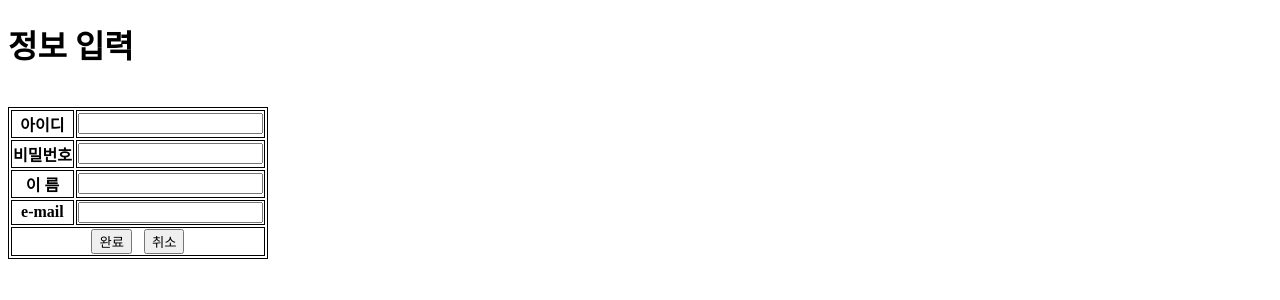
Repository: Jh1227/JSP
Page: http://localhost/12_EL/ex02_param/memberForm.jsp
These files come from the project's save history. The page is drawn as it stood at one moment and after the next save; the edit follows.
The browser window is 1280 px wide. The pictures show the whole page.
The page is served by Tomcat 9. Other server files are loaded and not shown.

Above is the page before, as saved 2023-04-10 02:26:56.

### 12_EL/src/main/webapp/ex02_param/memberForm.jsp

<!-- ex02_param/memberForm.jsp -->

<%@ page language="java" contentType="text/html; charset=UTF-8"
    pageEncoding="UTF-8"%>
<!DOCTYPE html>
<html>
<head>
<meta charset="UTF-8">
<title>memberForm.jsp</title>
<!--
	# MemberBean 의 정보(id, pw, 이름, e-mail)을 입력받은 결과를 'memberPro.jsp' 확인하는 페이지를 구현하세요
-->
<style type="text/css">
table, th, td { border: 1px solid black; }
</style>
</head>
<body>
	<h1>정보 입력</h1>
	<br>
	<form action="memberPro.jsp" method ="post">
		<table>
			<tr>
				<th> 아이디 </th>
				<td><input type ="text" name ="id"></td>
			</tr>
			<tr>
				<th> 비밀번호 </th>
				<td><input type ="password" name ="pwd"></td>
			</tr>
			<tr>
				<th> 이 름 </th>
				<td><input type ="text" name ="name"></td>
			</tr>
			<tr>
				<th> e-mail </th>
				<td><input type ="text" name ="email"></td>
			</tr>
			<tr>
				<td colspan ="2" align ="center">
					<input type ="submit" value ="완료"> &nbsp; <input type ="reset" value ="취소">
				</td>
			</tr>
		</table>
	</form>
</body>
</html>

After the next save:
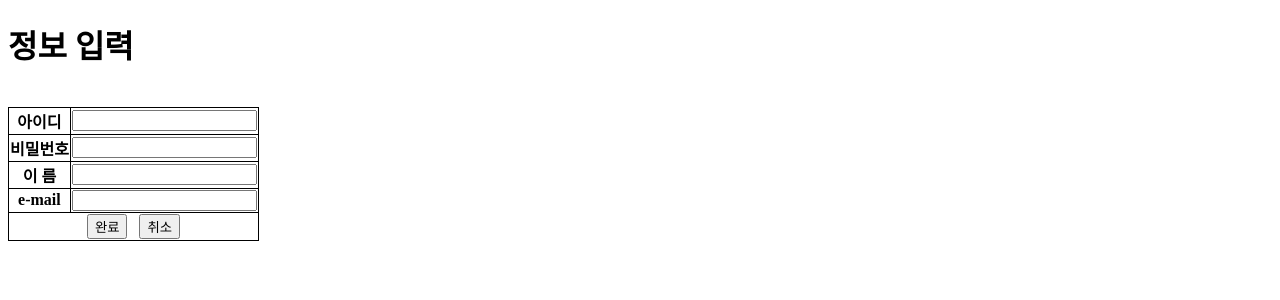
Saved 62 s later.
--- a/12_EL/src/main/webapp/ex02_param/memberForm.jsp
+++ b/12_EL/src/main/webapp/ex02_param/memberForm.jsp
@@ -12,7 +12,7 @@
 	# MemberBean 의 정보(id, pw, 이름, e-mail)을 입력받은 결과를 'memberPro.jsp' 확인하는 페이지를 구현하세요
 -->
 <style type="text/css">
-table, th, td { border: 1px solid black; }
+table, th, td { border: 1px solid black; border-collapse: collapse; text-align: center; }
 </style>
 </head>
 <body>
